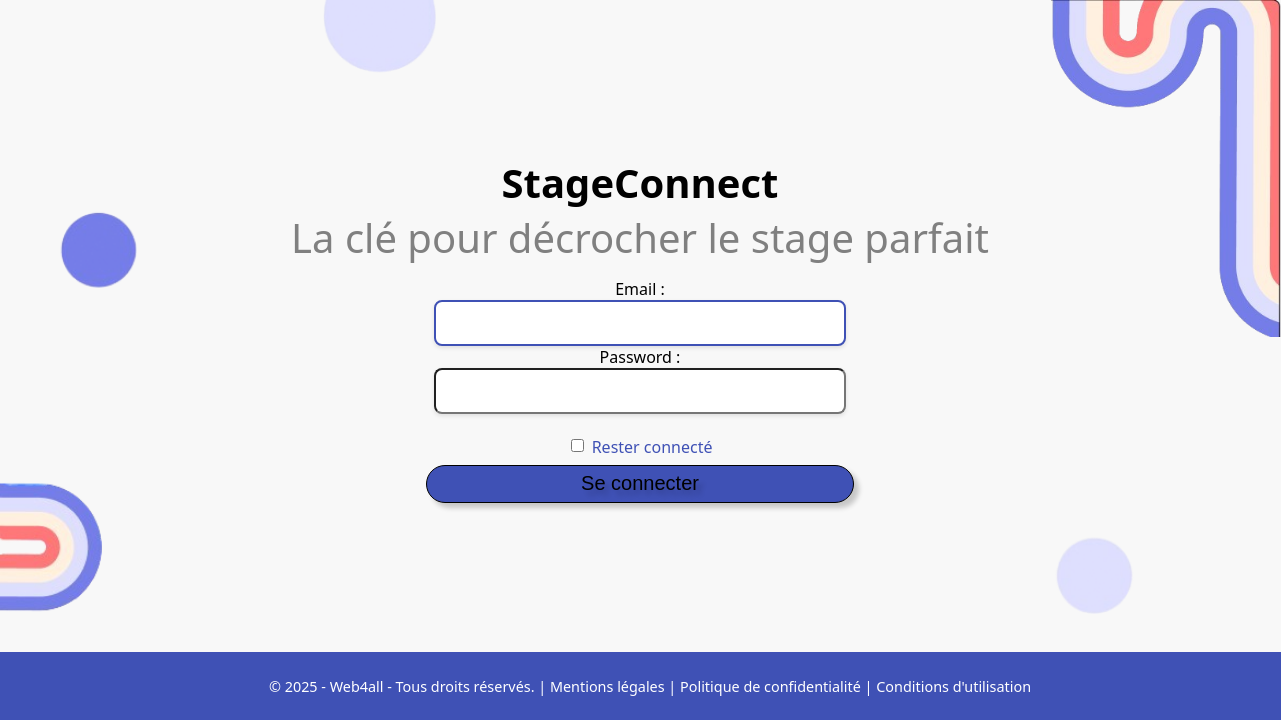
Repository: Guyllem/GroupeWeb
Page: pages/connexion.html
An editor plug-in stored every save of this project. The page is shown before and after the next save, followed by the edit.
The browser window is 1280 px wide. The page is 1281 px wide, so the pictures cover 1281 px, including what lies to the right of the window. The pictures show the whole page.

Above is the page before, as saved 2025-02-13 18:34:55.

After the next save:
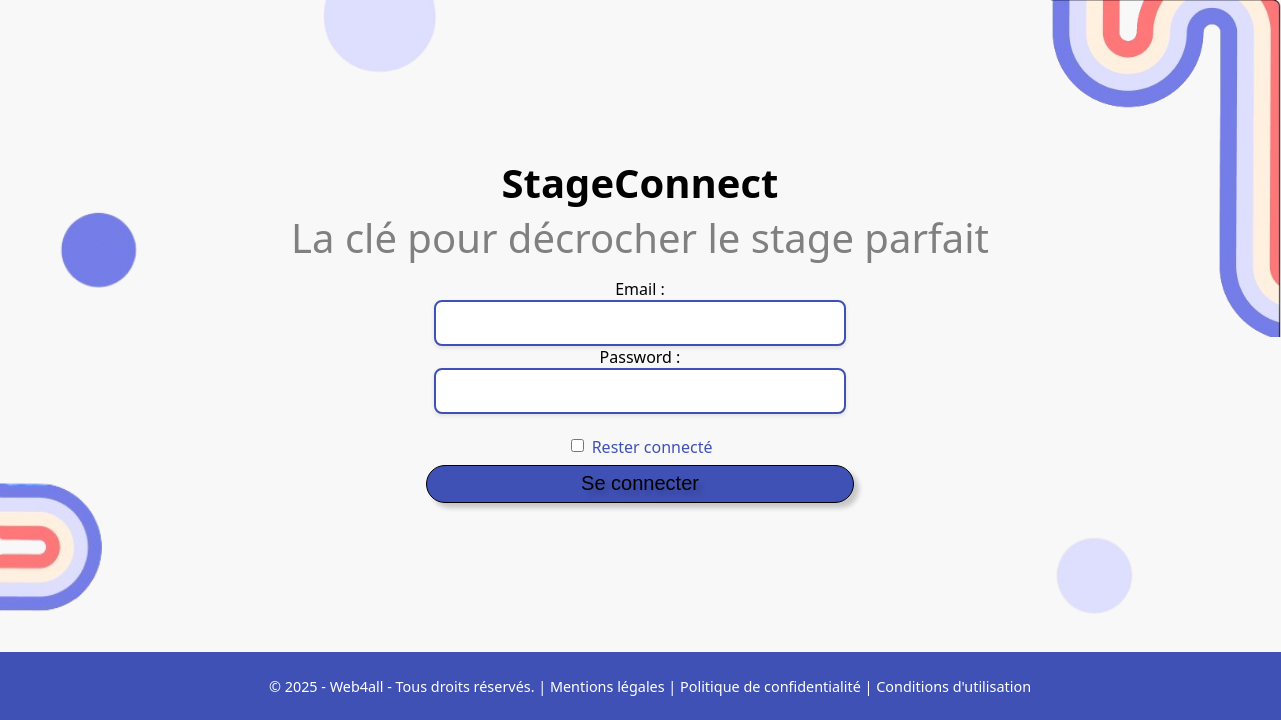
Saved 4 s later.
--- a/styles.css
+++ b/styles.css
@@ -142,7 +142,7 @@ footer a {
 .password-form input{
     width: 30%; /* Largeur maximale */
     padding: 12px; /* Espacement intérieur */
-    border: 2px solid #; /* Bordure grise */
+    border: 2px solid #3F51B5; /* Bordure grise */
     border-radius: 8px; /* Coins arrondis */
     font-size: 1rem; /* Taille de la police */
     color: #2d3748; /* Couleur du texte */
